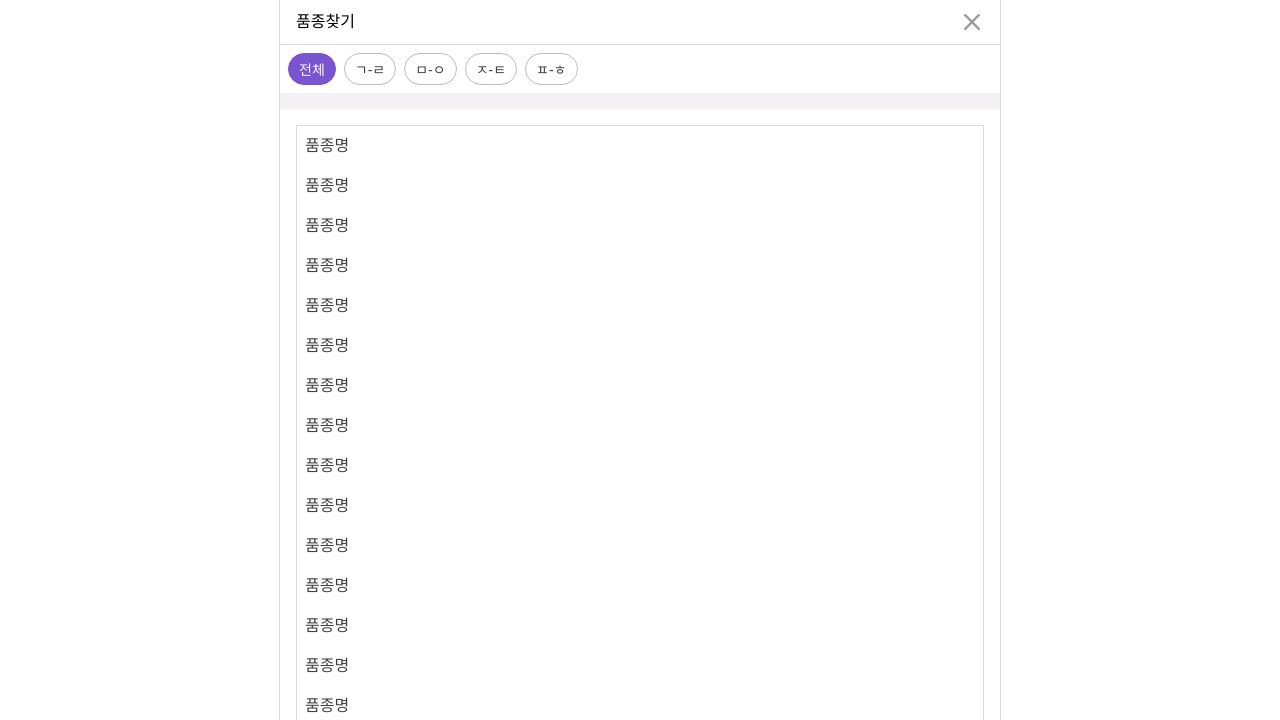
Repository: gosun1018/denguru
Page: search_breed.html
The author's editor kept a copy of each file at every save. The page is drawn from the files as they stood at one save, then again after the next save.
The browser window is 1280 px wide. The pictures show the whole page.
Some web fonts or font styles are not loaded; a fallback is used. The style sheet was rebuilt from its Sass, Less or Tailwind sources for each picture, by a compiler version that may differ from the author's.

Above is the page before, as saved 2020-04-03 18:29:07.

After the next save:
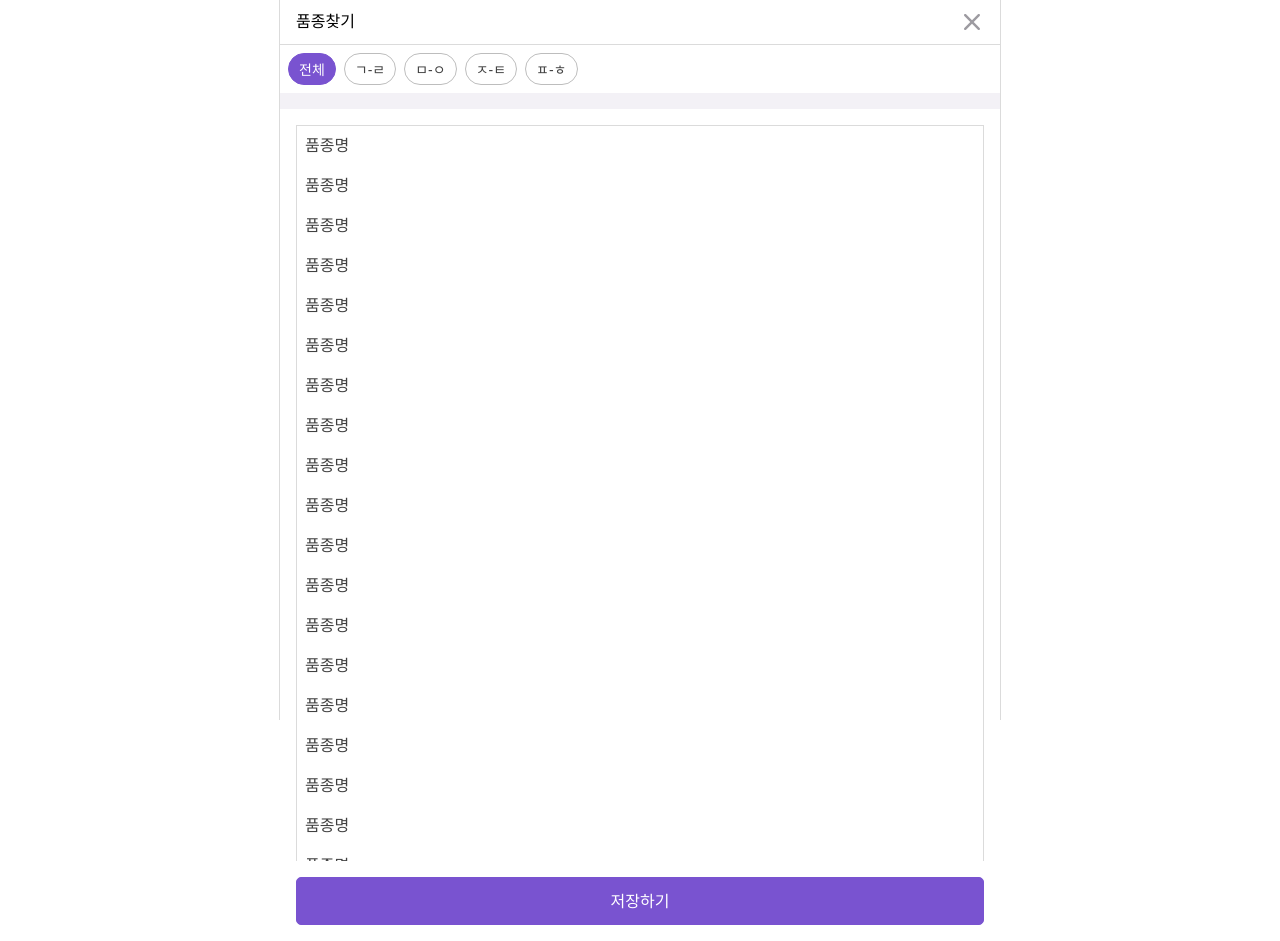
Saved 6 s later.
--- a/css/scss/pages/_resister-pet.scss
+++ b/css/scss/pages/_resister-pet.scss
@@ -118,7 +118,7 @@
 }
 .main_search_breed {
     max-height: 100vh;
-    overflow: hidden;
+    // overflow: hidden;
     .sect_filter_cate {
         flex-shrink: 0;
     }
